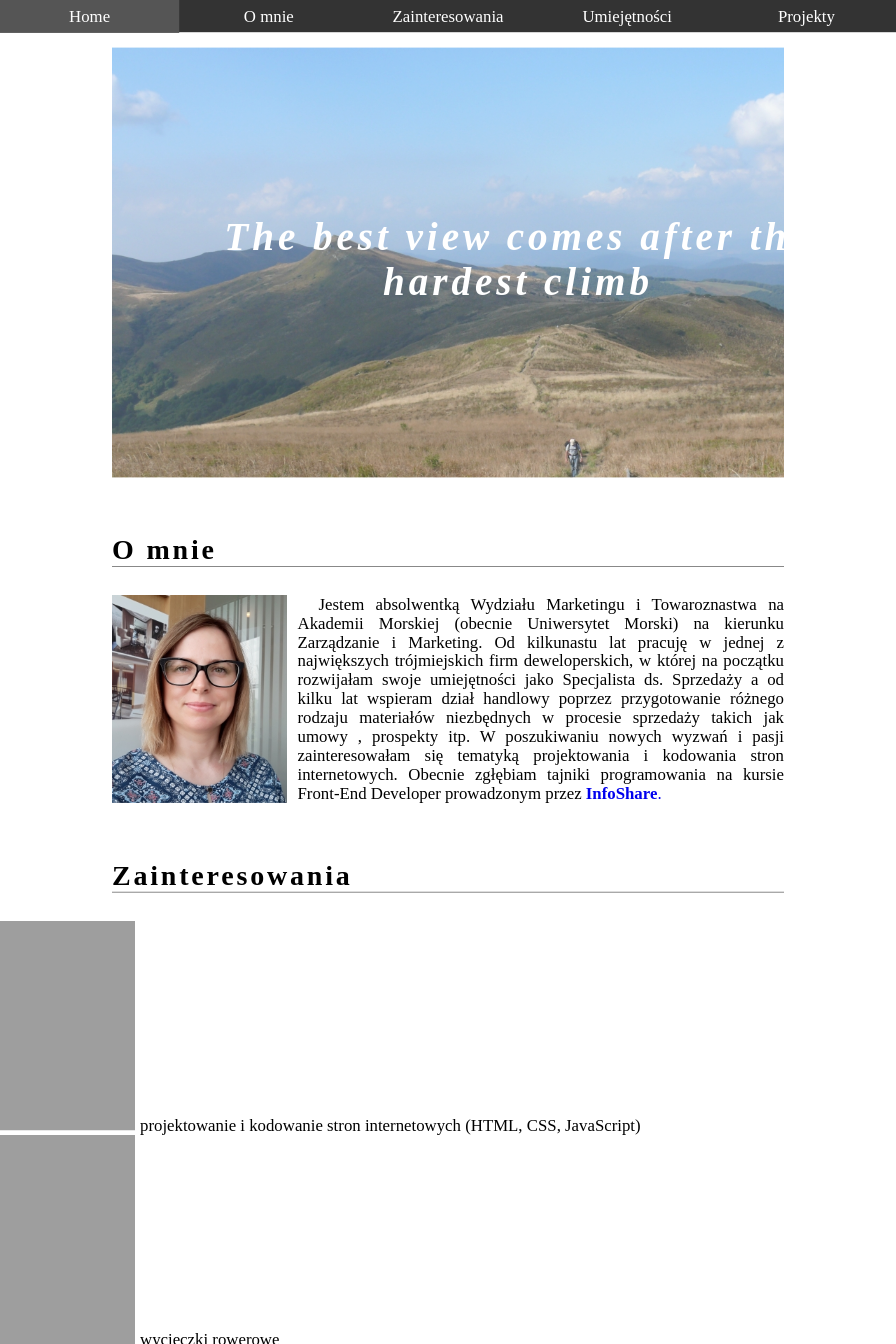
Repository: MagJaw/portfolio
Page: portfolio.html
The author's editor kept a copy of each file at every save. The page is drawn from the files as they stood at one save, then again after the next save.
The browser window is 1280 px wide. The pictures show the part of the page from y = 0 to 1920 px (the page is 7772 px tall), at 70% of full size.
The pointer rests on the first visible `#quote`.

Above is the page before, as saved 2018-11-14 20:02:50.

### portfolio.html
<!DOCTYPE html>
<html lang="pl">
<head>
    <meta charset="UTF-8">
    <meta name="viewport" content="width=device-width, initial-scale=1.0">
    <meta http-equiv="X-UA-Compatible" content="ie=edge">
    <meta name="author" content="Magdalena Skopczyńska"/>
    <meta name="description" content="Portfolio - o mnie, zainteresowania, umiejętności, projekty">
    <link rel="stylesheet" href="main.css">
    <title>Portfolio</title>
</head>
<body>
    <div id="wrapper">
        <div id="section1"></div>
        <nav role="navigation" class="menu__container">
            <ul class="menu">
                <li class="menu__section">
                    <a href="#section1">Home</a>
                </li>
                <li class="menu__section">
                    <a href="#section2">O mnie</a>
                </li>
                <li class="menu__section">
                    <a href="#section3">Zainteresowania</a>
                </li>
                <li class="menu__section">
                    <a href="#section4">Umiejętności</a>
                </li>
                <li class="menu__section">
                    <a href="#section5">Projekty</a>
                </li>
            </ul>
        </nav>
        <div class="motto__container">
            <blockquote id="quote"><b>The best view comes after the hardest climb</b></blockquote>
        </div>

        <div id="section2">
            <h1 class="header__section">O mnie</h1>
            <img src="portret.jpg" class="my__photo">
            <p id="history"> Jestem absolwentką Wydziału Marketingu i Towaroznastwa na Akademii Morskiej (obecnie Uniwersytet Morski) na kierunku Zarządzanie i Marketing. Od kilkunastu lat pracuję w jednej z największych trójmiejskich firm deweloperskich, w której na początku rozwijałam swoje umiejętności jako Specjalista ds. Sprzedaży a od kilku lat wspieram dział handlowy poprzez przygotowanie różnego rodzaju materiałów niezbędnych w procesie sprzedaży takich jak umowy , prospekty itp. W poszukiwaniu nowych wyzwań i pasji zainteresowałam się tematyką projektowania i kodowania stron internetowych. Obecnie zgłębiam tajniki programowania na kursie Front-End Developer prowadzonym przez <a target="_blank" href="https://infoshareacademy.com/" class="link"><b>InfoShare</b>.</a></p>
        </div>
        <div id="section3">
            <h1 class="header__section">Zainteresowania</h1>
            <ul>
                <li>projektowanie i kodowanie stron internetowych (HTML, CSS, JavaScript)</li>
                <li>wycieczki rowerowe</li>
                <li>wędrówki górskie</li>
                <li>literatura</li>
                <li>szkolenia on-line(obecnie uczestniczę w programie szkoleniowym Właściwy Tor, który skupia się na budowaniu stabilnego wzrostu w sferach: zawodowej, finansowej, rodzinnej, zdrowotnej i duchowej)</li>
                <li>zdrowe odżywianie</li>
            </ul>
        </div>
        <div id="section4">
            <h1 class="header__section">Umiejętności</h1>
            <ul>
                <li>wysokie umiejętności komunikacyjne</li>
                <li>analityczne myślenie</li>
                <li>wysokie poczucie odpowiedzialności za powierzone zadania</li>
                <li>skrupulatność</li>
                <li>umiejętność pracy w zespole</li>
                <li>chęć do nauki i rozwoju</li>
                <li>znajomość technik sprzedażowych</li>
                <li>dobra znajomość języka angielskiego (certyfikat)</li>
                <li>podstawowa znajomość HTML, CSS, JavaScript</li>
                <li>znajomość narzędzi pakietu Office</li>
                <li>prawo jazdy kat. B</li>
            </ul>
        </div>
        <div id="section5">
            <h1 class="header__section">Projekty</h1>
            <ul>
                <li>portfolio</li>
                <li>pozostałe</li>
            </ul>
        </div>
        <div id="footer">
            <p>Autor: Magdalena Skopczyńska</p>
            <p>email: info@mysite.com</p>
            <p>tel. 000-000-000</p>
            <p><a target="_blank" href="https://icons8.com" class="link">Icon pack by Icons8</a></p>
        </div>
    </div>
</body>
</html>

### main.css
html {
    font-size: 16px;
    scroll-behavior: smooth;
  }

#wrapper {
    width: 100%;
    max-width: 960px;
    margin: 0 auto;
}

.menu__container {
background:  #333;
}

.menu {
    list-style-type: none;
    padding: 0;
    margin: 0;
}

.menu__container a {
    text-decoration: none;
    text-align: center;
    color: #fff;
    display: block;
    padding: 10px;
}

.menu__container a:hover {
background-color: #555;
}

.motto__container {
width: 100%;
height: 48vw;
background-image: url(tapeta.jpg);
background-color: #555;
opacity: 0.8;
display: table;
}

#quote {
font-size: 3.5em;
letter-spacing: 0.1em;
font-style: italic;
color: #fff;
text-align: center;
vertical-align: middle;
display: table-cell;
margin: 0;
transition: all 0.1s linear;
}

#quote:hover {
transform: translate(100px, -5px);
}


p, li {
font-size: 1.5em;
}


ul {
list-style-type: none;
}

#section3 li,
#section4 li,
#section5 li {
list-style-image: url("https://img.icons8.com/color/30/000000/checkmark.png");
}

.header__section {
font-size: 2.5em;
letter-spacing: 0.1em;
border-bottom: 1px solid #555;
margin-top: 1em;
margin-bottom: 1em;
}

.my__photo {
float: left;
padding-right: 15px;
}

#history {
margin: 0;
text-indent: 30px;
text-align: justify;
}
.link {
text-decoration: none;
}

.link:hover {
text-decoration: underline;
}

#footer {
height: 46px;
bottom: 0;
display: flex;
width: 100%;
border-top: 1px solid #555;
}

#footer p {
font-size: 1em;
font-style: italic;
display: block;
text-align: center;
width:100%;
}

#section5 {
padding-bottom: 150px;
}

@media screen and (max-width: 767px){
#quote {
font-size: 2em;
}

p, li, #footer {
font-size: 0.8em;
}

.header__section {
font-size: 2em;
}

.my__photo {
    float: none;
    padding-right: 0;
    display: block;
    margin: 0 auto;
    }

#history {
    padding-top: 10px;
    }
}

@media screen and (min-width: 768px){

.menu {
display: flex;
}

.menu__section {
flex: 1 1 0;
}

.menu__container {
    background:  #333;
    z-index: 1;
    top: 0;
    left: 0;
    right: 0;
    height: 46px;
    position: fixed;
    }

.motto__container {
margin-top: 40px;
}

/*.header__section {
    margin-top: 46px;
    }
}*/

#section2,
#section3,
#section4,
#section5 {
padding-top: 40px;
}

#section1 {
padding: 10px;
}
}
@media screen and (min-width: 1700px){
    .motto__container {

    height: 24vw;
    }

After the next save:
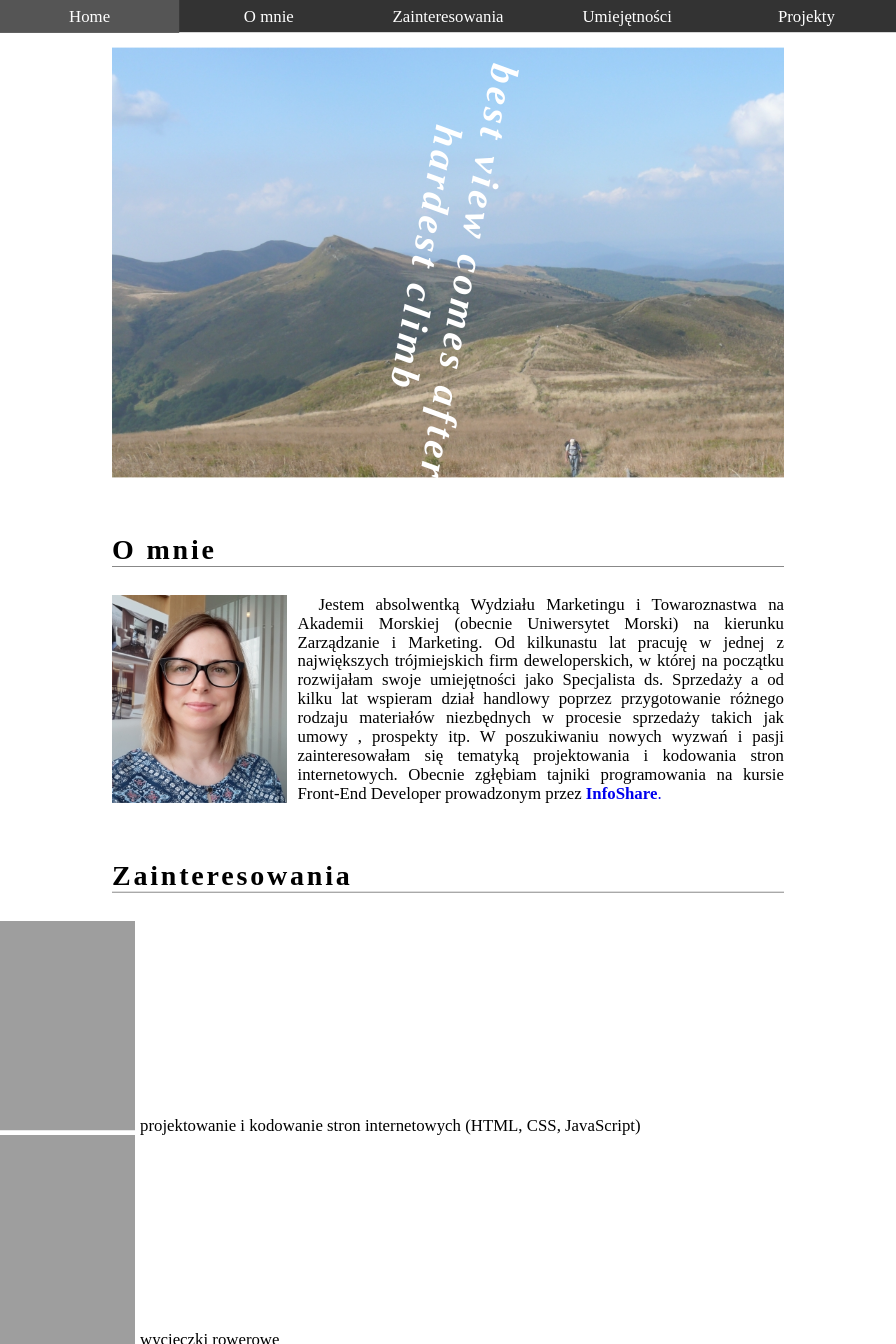
Saved 2 min 19 s later.
--- a/main.css
+++ b/main.css
@@ -53,7 +53,7 @@ transition: all 0.1s linear;
 }
 
 #quote:hover {
-transform: translate(100px, -5px);
+transform: rotate(100deg);
 }
 
 
